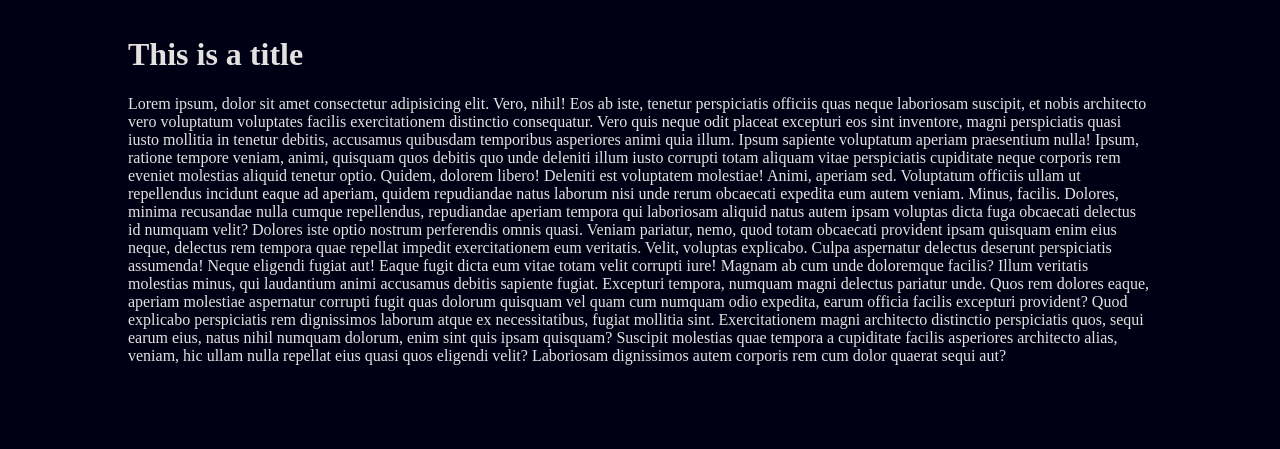
Repository: Francois-QUICODE/CSS-Micro-Projects
Page: Projects/01-Infinite-Gradient-Text.html
An editor plug-in stored every save of this project. The page is shown before and after the next save, followed by the edit.
The browser window is 1280 px wide. The pictures show the whole page.

Above is the page before, as saved 2020-11-28 09:55:52.

After the next save:
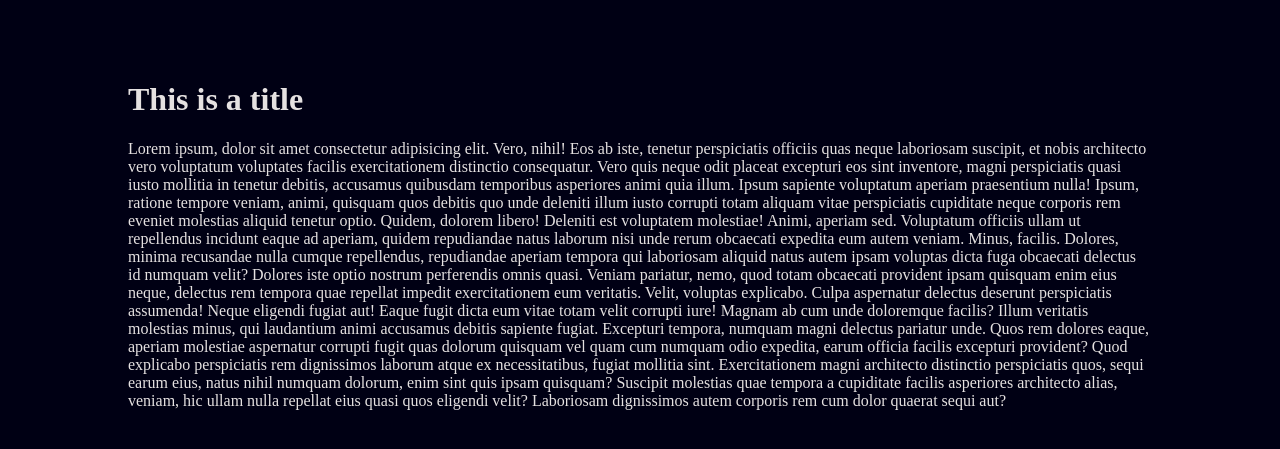
Saved 9 s later.
--- a/Projects/01-Infinite-Gradient-Text.html
+++ b/Projects/01-Infinite-Gradient-Text.html
@@ -56,7 +56,7 @@
       width: 1024px;
       margin: auto;
       color: #e5e1e1;
-      padding-top: 15px;
+      padding-top: 60px;
     }
   </style>
 </html>
